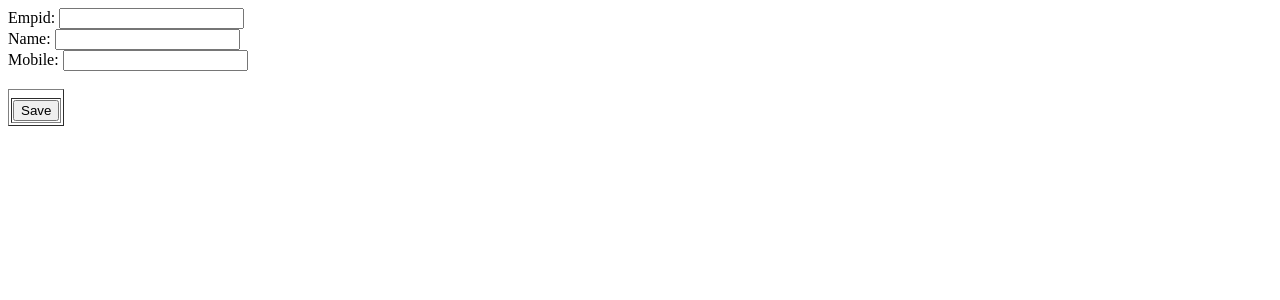
Repository: Suknaina/Repo
Page: MockServlet/src/main/webapp/Home.html
An editor plug-in stored every save of this project. The page is shown before and after the next save, followed by the edit.
The browser window is 1280 px wide. The pictures show the whole page.

Above is the page before, as saved 2023-05-23 17:08:57.

After the next save:
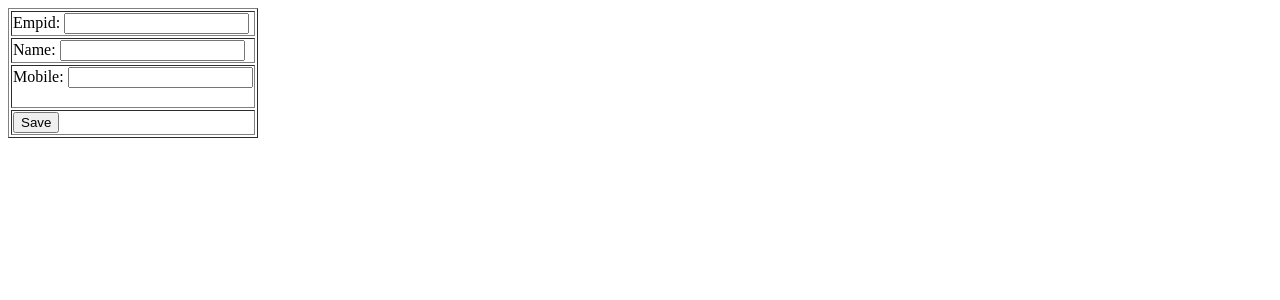
Saved 94 s later.
--- a/MockServlet/src/main/webapp/Home.html
+++ b/MockServlet/src/main/webapp/Home.html
@@ -5,28 +5,27 @@
 <title>Insert title here</title>
 </head>
 <body>
-
-	<table border="1px">
-		<form action="" method="post">
+<form action="" method="post">
+	<table border="">
 			<tr>
-				Empid: <input type="number" name="empid"><br>
-
+				<td>Empid: <input type="number" name="empid"><br>
+				</td>
 			</tr>
 			<tr>
-				Name: <input type="text" name="name"><br>
-
+				<td>Name: <input type="text" name="name"><br>
+				</td>
 			</tr>
 			<tr>
-				Mobile: <input type="number" name="mobile"><br>
+				<td>Mobile: <input type="number" name="mobile"><br>
 				<br>
-
+				</td>
 			</tr>
 			<tr>
 			<td>
 			<button>Save</button>
 			</td>
 			</tr>
-		</form>
 	</table>
+	</form>
 </body>
 </html>
